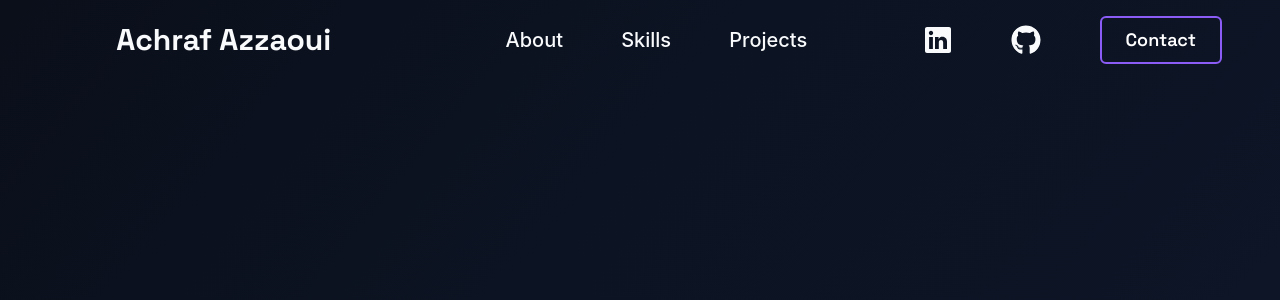
Repository: AchrafAzzaoui/Portfolio-Website
Page: / (app in achrafs-portfolio/)
These files come from the project's save history. The page is drawn as it stood at one moment and after the next save; the edit follows.
The browser window is 1280 px wide. The pictures show the whole page.
Some web fonts or font styles are not loaded; a fallback is used. The project was rebuilt for these pictures with package versions that can differ from the ones it lists, and the page was loaded fresh each time. Also part of the build but not shown: achrafs-portfolio/vite.config.ts.

Above is the page before, as saved 2025-01-03 15:24:59.

### achrafs-portfolio/index.html
<!DOCTYPE html>
<html lang="en">
  <head>
    <meta charset="UTF-8" />
    <link rel="icon" type="image/svg+xml" href="/vite.svg" />
    <meta name="viewport" content="width=device-width, initial-scale=1.0" />
    <!-- Inter for body text -->
    <link rel="preconnect" href="https://rsms.me/" />
    <link rel="stylesheet" href="https://rsms.me/inter/inter.css" />

    <!-- Space Grotesk for headlines -->
    <link rel="preconnect" href="https://fonts.googleapis.com" />
    <link rel="preconnect" href="https://fonts.gstatic.com" crossorigin />
    <link
      href="https://fonts.googleapis.com/css2?family=Space+Grotesk:wght@500;600;700&display=swap"
      rel="stylesheet"
    />
    <title>Achraf's Portfolio Website</title>
  </head>
  <body>
    <div id="root"></div>
    <script type="module" src="/src/main.tsx"></script>
  </body>
</html>

### achrafs-portfolio/src/index.css
@tailwind base;
@tailwind components;
@tailwind utilities;
@tailwind base;
@tailwind components;
@tailwind utilities;

@layer base {
  * {
    margin: 0;
    padding: 0;
    box-sizing: border-box;
  }

  html {
    scroll-behavior: smooth;
  }

  body {
    @apply font-sans antialiased;
  }

  ul,
  ol {
    list-style: none;
  }

  a {
    text-decoration: none;
    color: inherit;
  }

  img {
    max-width: 100%;
    height: auto;
  }

  button {
    background: none;
    border: none;
    cursor: pointer;
  }
}
@layer components {
  .before\:absolute::before {
    content: "";
    position: absolute;
  }
}

### achrafs-portfolio/src/App.tsx
import "./index.css";
import Header from "./components/layout/Header.tsx";
export default function App() {
  return (
    <div className="min-h-screen bg-gradient-dark">
      <Header />
    </div>
  );
}

### achrafs-portfolio/src/components/layout/Header.tsx
import { useState } from "react";
import { RxLinkedinLogo } from "react-icons/rx";
import { FaGithub } from "react-icons/fa";

export default function Header() {
  const [isMenuOpen, setIsMenuOpen] = useState(false);

  return (
    <header className="px-0 py-4">
      <nav className="flex ">
        <div className="basis-3/16 flex-auto flex justify-center items-center font-display font-bold text-dark-text-primary">
          <a href="#home" target="_blank">
            <h2 className="text-3xl transition-transform duration-300 hover:-translate-y-0.5">
              Achraf Azzaoui
            </h2>
          </a>
        </div>
        <div className="basis-7/16 flex-auto flex justify-evenly items-center">
          <a
            href="#about"
            target="_blank"
            className="font-sans font-medium text-dark-text-primary text-xl transition-transform duration-300 hover:-translate-y-0.5"
          >
            About
          </a>
          <a
            href="#skills"
            target="_blank"
            className="font-sans font-medium text-dark-text-primary text-xl transition-transform duration-300 hover:-translate-y-0.5"
          >
            Skills
          </a>
          <a
            href="#projects"
            target="_blank"
            className="font-sans font-medium text-dark-text-primary text-xl transition-transform duration-300 hover:-translate-y-0.5"
          >
            Projects
          </a>
        </div>
        <div className="basis-6/16 flex-auto flex justify-evenly items-center">
          <a href="https://www.linkedin.com/in/achraf-azzaoui-data-scientist">
            <RxLinkedinLogo className="text-3xl rounded-sm text-dark-text-primary" />
          </a>
          <a href="https://github.com/AchrafAzzaoui">
            <FaGithub className="text-3xl rounded-full text-dark-text-primary" />
          </a>
          <button
            style={{
              zIndex: 10, // Ensure proper layering
              border: "2px solid #8B5CF6", // Purple border
              position: "relative", // For proper positioning of pseudo-elements
              borderRadius: "0.375rem", // Match the border-radius
              overflow: "hidden", // Clip pseudo-element overflow
            }}
            className="
    inline-block px-6 py-2 font-semibold font-display bg-transparent text-white group
    hover:border-purple-500
    before:absolute before:content-[''] before:inset-0
    before:-translate-x-full before:bg-gradient-to-r before:from-purple-600
    before:to-purple-800 before:z-0
    before:transition-transform before:duration-300 before:ease-out
    hover:before:translate-x-0

  "
          >
            <span className="relative z-10 text-lg">Contact</span>
          </button>
        </div>
      </nav>
    </header>
  );
}

### achrafs-portfolio/tailwind.config.js
/** @type {import('tailwindcss').Config} */
const defaultTheme = require("tailwindcss/defaultTheme");

export default {
  content: ["./index.html", "./src/**/*.{js,ts,jsx,tsx}"],
  theme: {
    extend: {
      backgroundImage: {
        "gradient-dark":
          "linear-gradient(130deg, #0A0F1A 0%, #0C1322 40%, #0E1628 100%)",
        "gradient-light":
          "linear-gradient(130deg, #F8FAFC 0%, #EEF2F6 40%, #E2E8F0 100%)", // Light theme gradient
      },
      colors: {
        // Dark theme
        dark: {
          text: {
            primary: "#F8FAFC", // Almost white
            secondary: "#94A3B8", // Lighter gray
            muted: "#64748B", // Muted gray
          },
        },
        // Light theme
        light: {
          text: {
            primary: "#0F172A", // Very dark blue/gray
            secondary: "#334155", // Dark gray
            muted: "#64748B", // Same as dark for balance
          },
        },
      },
      fontFamily: {
        sans: ["Inter", ...defaultTheme.fontFamily.sans],
        display: ["Space Grotesk", ...defaultTheme.fontFamily.sans],
      },
    },
  },
  plugins: [],
  variants: {
    extend: {
      // Enable before/after pseudo elements
      before: ["before"],
      after: ["after"],
    },
  },
};

Loaded but not shown: achrafs-portfolio/src/main.tsx (common file)

After the next save:
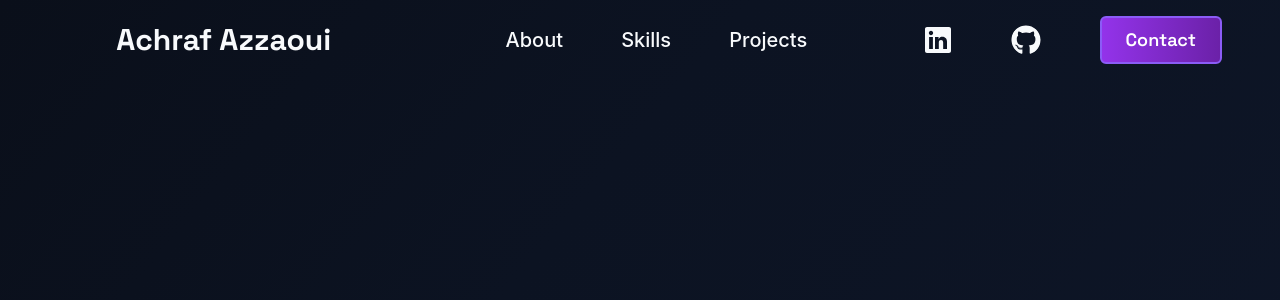
Saved 35 s later.
--- a/achrafs-portfolio/src/components/layout/Header.tsx
+++ b/achrafs-portfolio/src/components/layout/Header.tsx
@@ -61,7 +61,10 @@
     before:to-purple-800 before:z-0
     before:transition-transform before:duration-300 before:ease-out
     hover:before:translate-x-0
-
+            border-transparent
+bg-clip-border
+bg-gradient-to-r from-purple-600 to-purple-800
+p-[1px]
   "
           >
             <span className="relative z-10 text-lg">Contact</span>

After the save that followed:
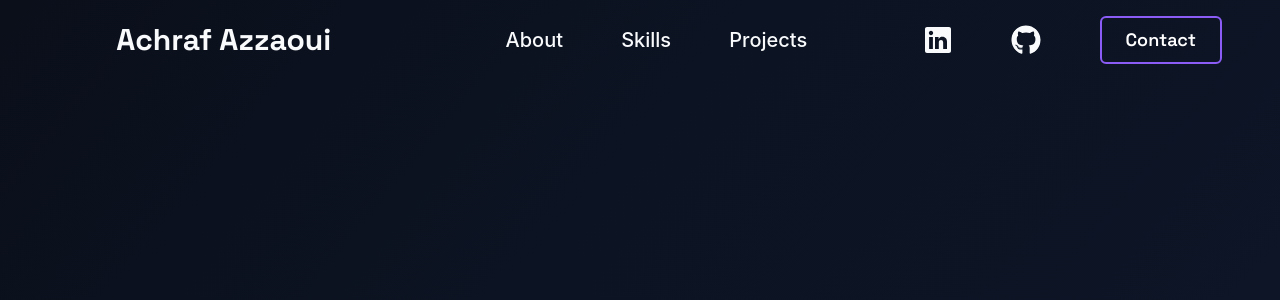
Saved 106 s later.
--- a/achrafs-portfolio/src/components/layout/Header.tsx
+++ b/achrafs-portfolio/src/components/layout/Header.tsx
@@ -62,8 +62,7 @@
     before:transition-transform before:duration-300 before:ease-out
     hover:before:translate-x-0
             border-transparent
-bg-clip-border
-bg-gradient-to-r from-purple-600 to-purple-800
+
 p-[1px]
   "
           >
